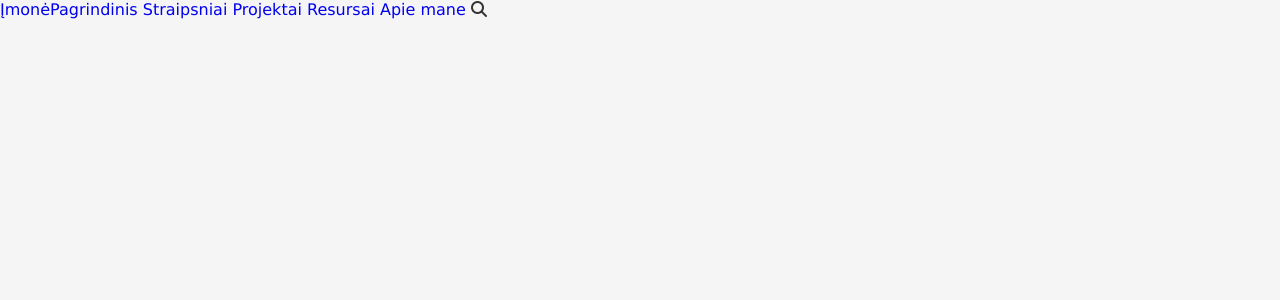
Repository: motiejus1/14-paskaita-05.31
Page: index.html
These files come from the project's save history. The page is drawn as it stood at one moment and after the next save; the edit follows.
The browser window is 1280 px wide. The pictures show the whole page.
Some web libraries are served in a nearby version.

Above is the page before, as saved 2021-06-23 18:44:23.

### index.html
<!DOCTYPE html>
<html lang="en">
<head>
    <meta charset="UTF-8">
    <meta http-equiv="X-UA-Compatible" content="IE=edge">
    <meta name="viewport" content="width=device-width, initial-scale=1.0">
    <title>14 paskaita</title>

    <link rel="stylesheet" href="http://maxcdn.bootstrapcdn.com/font-awesome/latest/css/font-awesome.min.css">
    <style>
        html {
            font-size: 16px;
        }

        body {
            max-width: 1920px;
            margin: 0 auto;
            font-family: Verdana, Arial, sans-serif;
            line-height: 1.25rem;
            color:#333;
            background-color: #f5f5f5;
        }

        .container {
            width: 100%;
            margin: auto;
        }

        a {
            text-decoration: none;
            transition: all 0.3s ease;
        }

        .area {
            display: flex;
            /* flex-direction:row; */
            /* flex-wrap: wrap; */

            flex-flow: row wrap;
            align-items: stretch;
            justify-content: ;
        }


    </style>
</head>
<body>
    <div class="container">
        <div class="navbar-component">
            <div class="navbar area">
                <a href="#" class="brand">Įmonė</a>

                <nav id="navigation" class="list">
                    <a href="#" class="item -link">Pagrindinis</a>
                    <a href="#" class="item -link" >Straipsniai</a>
                    <a href="#" class="item -link">Projektai</a>
                    <a href="#"class="item -link">Resursai</a>
                    <a href="#" class="item -link">Apie mane</a>
                    <span class="item">
                        <i class="fa fa-search"></i>
                    </span>
                </nav>
            </div>

        </div>
    </div>

</body>
</html>

After the next save:
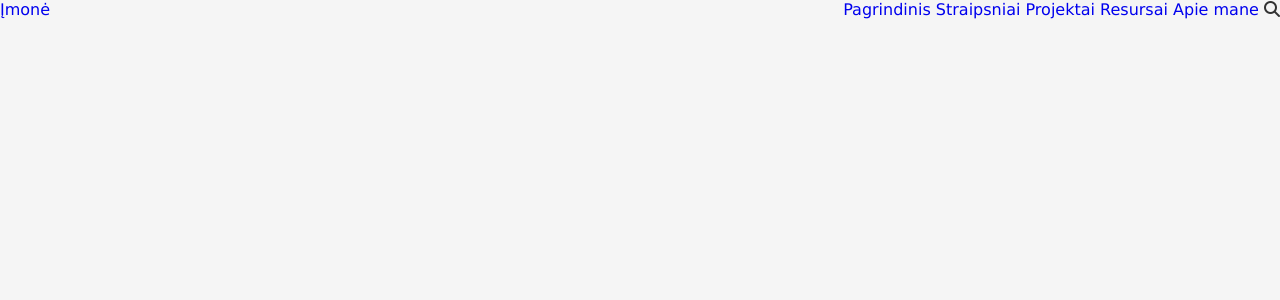
Saved 7 s later.
--- a/index.html
+++ b/index.html
@@ -38,7 +38,7 @@
 
             flex-flow: row wrap;
             align-items: stretch;
-            justify-content: ;
+            justify-content: space-between;
         }
 
 
